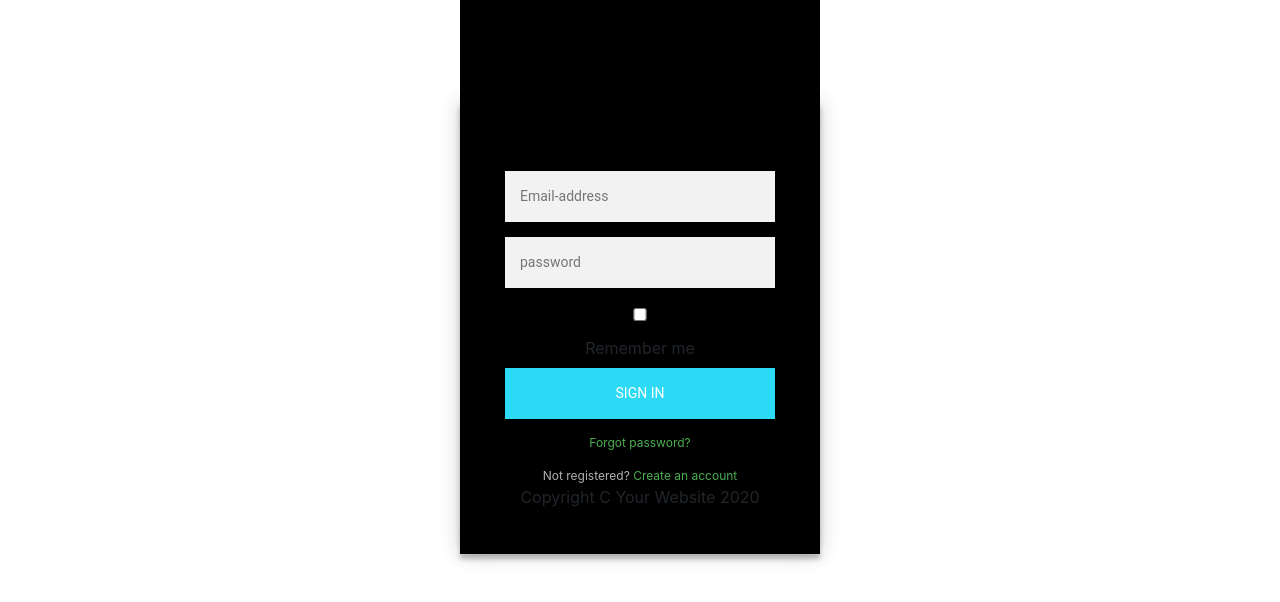
Repository: andbilous/cursor-styled-components
Page: /sign-in
These files come from the project's save history. The page is drawn as it stood at one moment and after a run of saves; the edit follows.
The browser window is 1280 px wide. The pictures show the whole page.
The project was rebuilt for these pictures with package versions that can differ from the ones it lists, and the page was loaded fresh each time. Also part of the build but not shown: src/App.css, src/components/SignUpForm.jsx.

Above is the page before, as saved 2020-04-19 13:45:11.

After the next 3 saves:
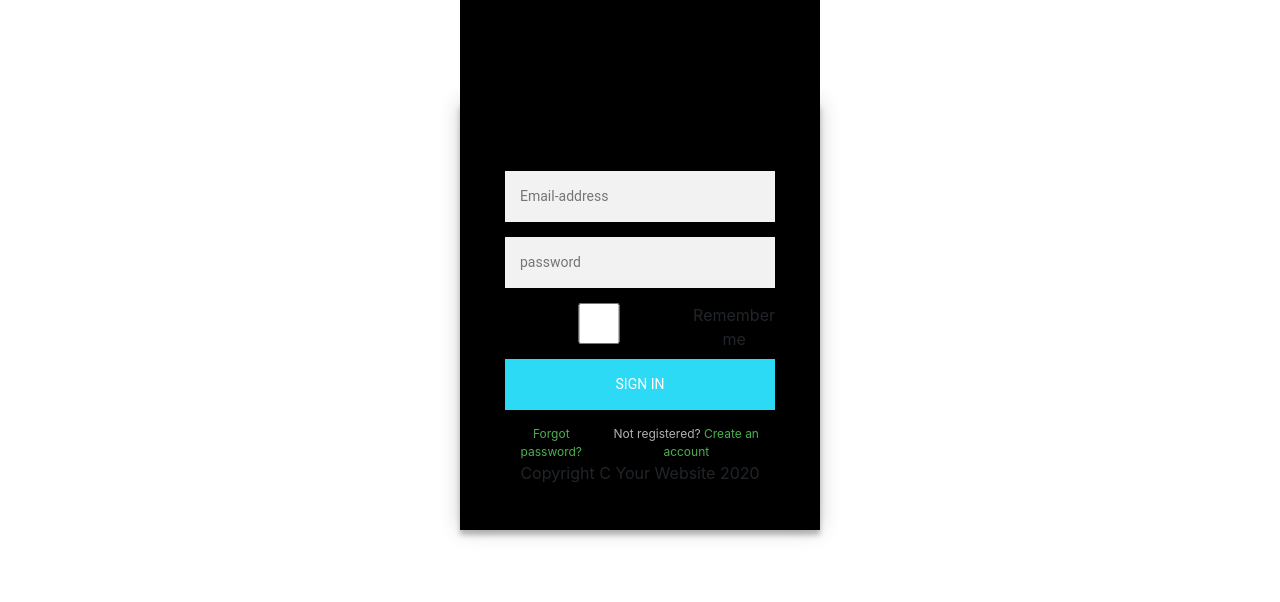
The 3 saves are shown as one change because they came seconds apart.
The last was saved 11 s later.
--- a/src/components/SignInForm.jsx
+++ b/src/components/SignInForm.jsx
@@ -97,6 +97,9 @@ body {
   -webkit-font-smoothing: antialiased;
   -moz-osx-font-smoothing: grayscale;
 }
+.links{
+  display:flex
+}
 `
 
 
